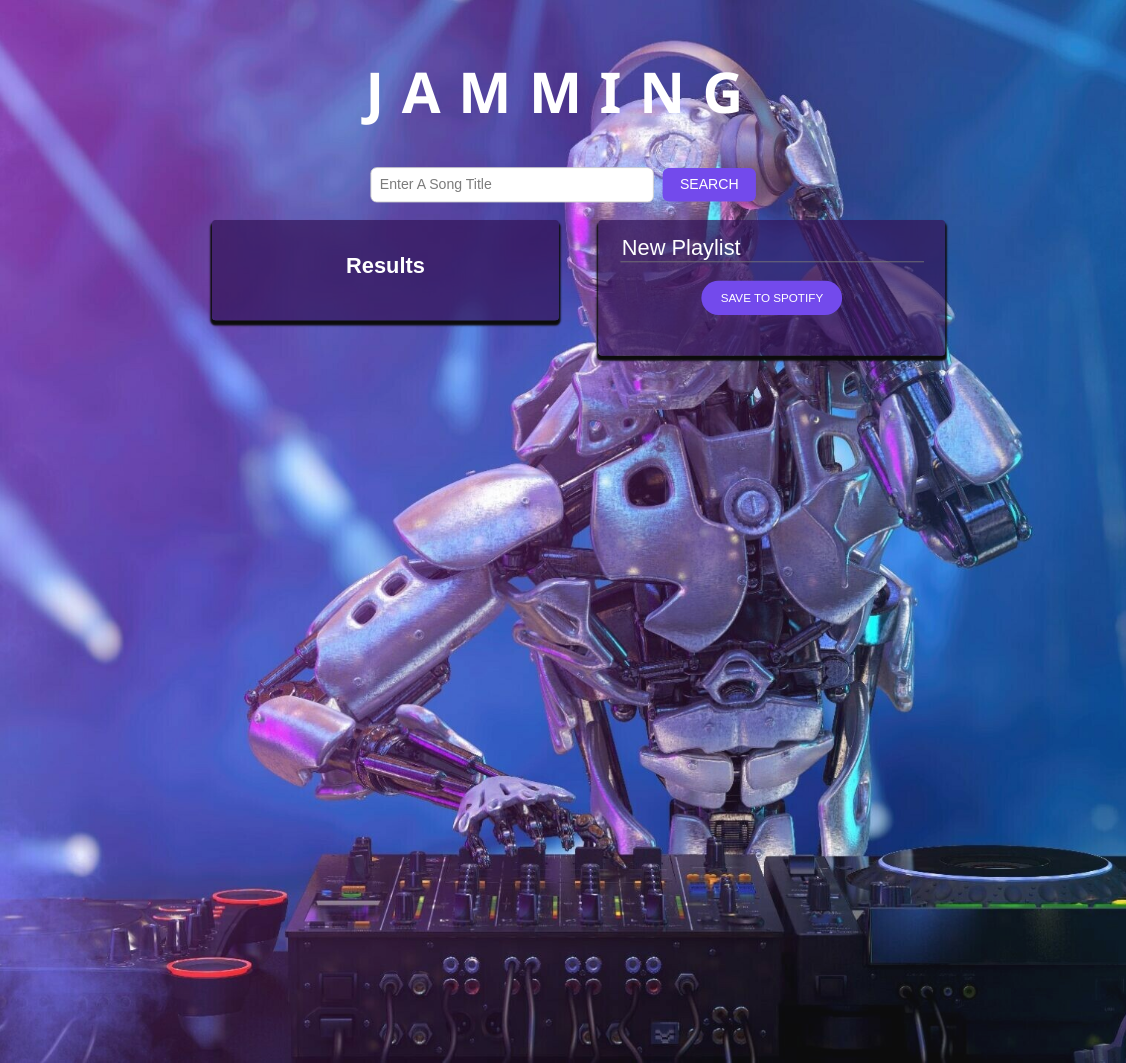
Repository: LolaSL/jamming
Page: /
These files come from the project's save history. The page is drawn as it stood at one moment and after the next save; the edit follows.
The browser window is 1280 px wide. The pictures show the whole page, at 88% of full size.
The project was rebuilt for these pictures with package versions that can differ from the ones it lists, and the page was loaded fresh each time. Also part of the build but not shown: src/components/Track/Track.css, src/components/Track/Track.jsx.

Above is the page before, as saved 2023-06-23 18:13:37.

### src/App/App.js
import React, { useState, useCallback } from "react";
import "./App.css";

import Playlist from "../components/PlayList/PlayList.jsx";
import SearchBar from "../components/SearchBar/SearchBar";
import SearchResults from "../components/SearchResults/SearchResults";
import Spotify from "../utils/Spotify";

const App = () => {
  const [searchResults, setSearchResults] = useState([]);
  const [playlistName, setPlaylistName] = useState("New Playlist");
  const [playlistTracks, setPlaylistTracks] = useState([]);

  const search = useCallback(async (term) => {
    const results = await Spotify.search(term);
    setSearchResults(results);
  }, []);

  const addTrack = useCallback((track) => {
    if (playlistTracks.some((savedTrack) => savedTrack.id === track.id)) {
      return;
    }
    setPlaylistTracks((prevTracks) => [...prevTracks, track]);
  }, [playlistTracks]);

  const removeTrack = useCallback((track) => {
    setPlaylistTracks((prevTracks) =>
      prevTracks.filter((currentTrack) => currentTrack.id !== track.id)
    );
  }, []);

  const updatePlaylistName = useCallback((name) => {
    setPlaylistName(name);
  }, []);

  const savePlaylist = useCallback(async () => {
    const trackUris = playlistTracks.map((track) => track.uri);
    await Spotify.savePlaylist(playlistName, trackUris);
    setPlaylistName("New Playlist");
    setPlaylistTracks([]);
  }, [playlistName, playlistTracks]);

  return (
    <div className="App-container" data-testid="app-test">
      <h1>
        Jamming
      </h1>
      <SearchBar onSearch={search} />
      <div className="App-playlist">
          <SearchResults searchResults={searchResults} onAdd={addTrack} />
          <Playlist
            playlistName={playlistName}
            playlistTracks={playlistTracks}
            onNameChange={updatePlaylistName}
            onRemove={removeTrack}
            onSave={savePlaylist}
        />
      </div>
      </div>
  );
};

export default App;
;

### src/App/App.css
body,
html,
#root {
  height: 100%;

}

/* CSS for App-container */
.App-container {
  display: flex;
  flex-direction: column;
  align-items: center;
  padding: 20px;
  background-color: #f0f0f0;
  background-image: url('./background.jpg');
  height: 150%;
  padding: 0 17% 10% 17%;
  opacity: 0.95;
  background-size: cover;
  overflow: hidden;
  background-position: center;
  background-repeat: no-repeat;
  font-family: 'Work Sans', sans-serif;
  font-weight: 500;
  color: #56649f;
  text-align: center;
}

/* CSS for h1 */
h1 {
  font-family:'Segoe UI', Tahoma, Geneva, Verdana, sans-serif;
  text-transform: uppercase;
  letter-spacing: 20px;
  color: #ffffff;
  font-size: 4rem;
  margin-top: 60px;
}

/* CSS for SearchBar */
.SearchBar {
  display: flex;
  justify-content: center;
  align-items: center;
  margin-bottom: 20px;
}

/* CSS for App-playlist */
.App-playlist {
  display: grid;
  grid-template-columns: 1fr 1fr;
  grid-gap:80px;
  align-items: justify;
  /* width:500px; */
  margin: 0 auto;
}

/* CSS for SearchResults and Playlist components */
.SearchResults,
.Playlist {
  background-color: #fff;
  padding: 20px;
  border-radius: 4px;
  box-shadow: 0 2px 4px rgba(0, 0, 0, 0.1);
}

### src/components/PlayList/PlayList.jsx
import React, { useCallback } from "react";
import PropTypes from "prop-types";
import "./PlayList.css";
import TrackList from "../TrackList/TrackList";

const Playlist = ({
  onNameChange,
  playlistTracks,
  onRemove,
  onSave
}) => {
  const handleNameChange = useCallback((event) => {
    onNameChange(event.target.value);
  }, [onNameChange]);

  return (
    <div className="Playlist">
      <input onChange={handleNameChange} defaultValue={"New Playlist"} />
      <TrackList
        tracks={playlistTracks}
        isRemoval={true}
        onRemove={onRemove}
      />
      <button className="Playlist-save" onClick={onSave}>
        SAVE TO SPOTIFY
      </button>
    </div>
  );
};

Playlist.propTypes = {
  onNameChange: PropTypes.func,
  playlistTracks: PropTypes.array,
  onRemove: PropTypes.func,
  onSave: PropTypes.func
};

export default Playlist;

### src/components/SearchBar/SearchBar.jsx
import React, { useState, useCallback } from "react";
import "./SearchBar.css";

const SearchBar = ({ onSearch }) => {
  const [term, setTerm] = useState("");

  const handleTermChange = useCallback((event) => {
    setTerm(event.target.value);
  }, []);

  const search = useCallback(() => {
    onSearch(term);
  }, [onSearch, term]);

  return (
    <form className="SearchBar">
      <input placeholder="Enter A Song Title" onChange={handleTermChange} />
      <button className="SearchButton" onClick={search}>
        SEARCH
      </button>
    </form>
  );
};

export default SearchBar;

### src/components/SearchResults/SearchResults.jsx
import React from "react";
import "./SearchResults.css";
import TrackList from "../TrackList/TrackList";

const SearchResults = ({ searchResults, onAdd }) => {
  return (
    <div className="SearchResults">
      <h2>Results</h2>
      <TrackList tracks={searchResults} onAdd={onAdd} />
    </div>
  );
};

export default SearchResults;

### src/utils/Spotify.js
const clientId = 'a18dfb23f21c4bf69aa0c5c6ac72acdc'; // Insert client ID here.
const redirectUri = 'http://localhost:3000/'; // Have to add this to your accepted Spotify redirect URIs on the Spotify API.

let accessToken;

const Spotify = {
  getAccessToken() {
    if (accessToken) {
      return accessToken;
    }

    const accessTokenMatch = window.location.href.match(/access_token=([^&]*)/);
    const expiresInMatch = window.location.href.match(/expires_in=([^&]*)/);
    if (accessTokenMatch && expiresInMatch) {
      accessToken = accessTokenMatch[1];
      const expiresIn = Number(expiresInMatch[1]);
      window.setTimeout(() => accessToken = '', expiresIn * 1000);
      window.history.pushState('Access Token', null, '/'); // This clears the parameters, allowing us to grab a new access token when it expires.
      return accessToken;
    } else {
      const accessUrl = `https://accounts.spotify.com/authorize?client_id=${clientId}&response_type=token&scope=playlist-modify-public&redirect_uri=${redirectUri}`;
      window.location = accessUrl;
    }
  },

  async search(term) {
    const accessToken = Spotify.getAccessToken();
    const response = await fetch(`https://api.spotify.com/v1/search?type=track&q=${term}`, {
      headers: {
        Authorization: `Bearer ${accessToken}`
      }
    });
    const jsonResponse = await response.json();
    if (!jsonResponse.tracks) {
      return [];
    }
    return jsonResponse.tracks.items.map(track => ({
      id: track.id,
      name: track.name,
      artist: track.artists[0].name,
      album: track.album.name,
      popularity: track.popularity,
      uri: track.uri
    }));
  },

  savePlaylist(name, trackUris) {
    if (!name || !trackUris.length) {
      return;
    }

    const accessToken = Spotify.getAccessToken();
    const headers = { Authorization: `Bearer ${accessToken}` };
    let userId;

    return fetch('https://api.spotify.com/v1/me', { headers: headers }
    ).then(response => response.json()
    ).then(jsonResponse => {
      userId = jsonResponse.id;
      return fetch(`https://api.spotify.com/v1/users/${userId}/playlists`, {
        headers: headers,
        method: 'POST',
        body: JSON.stringify({ name: name })
      }).then(response => response.json()
      ).then(jsonResponse => {
        const playlistId = jsonResponse.id;
        return fetch(`https://api.spotify.com/v1/users/${userId}/playlists/${playlistId}/tracks`, {
          headers: headers,
          method: 'POST',
          body: JSON.stringify({ uris: trackUris })
        });
      });
    });
  }
};

export default Spotify;

### src/components/PlayList/PlayList.css
.Playlist {
    display: flex;
    flex-direction: column;
    align-items: center;
    justify-items: center;
    overflow-y: scroll;
    width: 100%;
    max-height: 900px;
    padding: 1.1rem;
    background-color: rgba(40, 9, 80, 0.7);
    box-shadow: 0 4px 2px 2px #000000;

  }

  .Playlist input {
    width: 95%;
    border: 0;
    outline: 0;
    background: transparent;
    border-bottom: 1px solid #6f6f6f;
    font-family: 'Poppins', sans-serif;
    font-size: 1.55rem;
    color: #fff;
  }

  .Playlist-save {
    cursor: pointer;
    width: 10rem;
    padding: .77rem 0;
    border-radius: 54px;
    border-width: 0px;
    margin-top: 1.27rem;
    background-color: #6c41ec;
    text-align: center;
    font-size: .83rem;
    transition: background-color .25s;
    color: #fff;
    font-weight: 500;
  }

  .Playlist-save:hover {
    background-color: rgba(108, 65, 233, .7);
  }

  ::-webkit-scrollbar {
      width: 0px;
      background: transparent;
  }

  @media screen and (min-width: 400px) {
    .Playlist {
      width: 70%;
      height: auto;
      align-items: center;
    }
  }

  @media screen and (min-width: 800px) {
    .Playlist {
      width:75%;
      height: auto;
    }
  }
  @media only screen and (max-width: 1220px) {
    .Playlist {
      width: 90%;
      height: auto;
      align-items: center;
    }
  }
  @media only screen and (max-width: 1620px) {
    .Playlist {
      width: 100%;
      height: auto;
      align-items: center;
    }
  }

### src/components/TrackList/TrackList.jsx
import React from "react";
import PropTypes from "prop-types";
import "./TrackList.css";
import Track from "../Track/Track";

const TrackList = ({ tracks, onAdd, isRemoval, onRemove }) => {
  return (
    <div className="TrackList">
      {tracks.map((track, index) => (
        <Track
          key={index}
          track={track}
          onAdd={onAdd}
          isRemoval={isRemoval}
          onRemove={onRemove}
        />
      ))}
    </div>
  );
};

TrackList.propTypes = {
  tracks: PropTypes.array,
  onAdd: PropTypes.func,
  onRemove: PropTypes.func,
  isRemoval: PropTypes.bool,
};

export default TrackList;

### src/components/SearchBar/SearchBar.css
/* CSS for SearchBar form */
.SearchBar {
  display: flex;
  align-items: center;
}

/* CSS for input */
.SearchBar input {
  flex-grow: 1;
  padding: 10px;
  border: 1px solid #ccc;
  border-radius: 7px;
  font-size: 16px;
  margin-right: 10px;
  width:  300px;

}

/* CSS for button */
.SearchBar button {
  padding: 10px 20px;
  background-color: #6c41ec;
  color: #fff;
  border: none;
  border-radius: 4px;
  font-size: 16px;
  cursor: pointer;
  border-radius: 7px;
}

/* CSS for button hover effect */
.SearchBar button:hover {
  background-color: rgba(108, 65, 233, 0.7);
}



/* .SearchBar {
  display: flex;
  flex-direction: column;
  align-items: center;
  padding-top: 4rem;
  margin-bottom: 4rem;
}

.SearchBar input {
  width: 450px;
  height: 25px;
  padding:1rem 0;
  border: 2px solid #fff;
  border-radius: 15px;
  margin-bottom: 1rem;
  color: black;
  font-weight: 600;
  text-align: center;
  font-size: 1.5rem;
  opacity: 0.45;
  z-index: 1;
}

.SearchBar input:focus {
  outline: none;
}

.SearchButton {
  cursor: pointer;
  width: 8.11rem;
  padding: 0.77rem 0;
  border-radius: 54px;
  background-color: rgba(40, 9, 80, 0.7);
  text-align: center;
  font-size: 1rem;
  transition: background-color 0.25s;
  border: 0px;
  color: #fff;
  font-weight: 500;
}

.SearchButton:hover {
  background-color: rgba(108, 65, 233, 0.7);
} */

### src/components/SearchResults/SearchResults.css
.SearchResults {
  display: flex;
  flex-direction: column;
  align-items: left;
  overflow-y: scroll;
  width: 38%;
  max-height: 900px;
  padding: 1.1rem;
  background-color: rgba(40, 9, 80, 0.7);
  box-shadow: 0 4px 2px 2px #000000;
  gap: 10px;

  }
  h2{
    font-family: 'Poppins', sans-serif;
    color: #ffffff;
    text-align: left;
    font-size: 1.55rem;
  }
  ::-webkit-scrollbar {
      width: 0px;
      background: transparent;
  }

  /* @media only screen and (max-width: 1020px) {
    .SearchResults {
      width: 90%;
      margin-bottom:2.5rem;
    }
  } */

  @media screen and (min-width: 400px) {
    .SearchResults {
      width: 70%;
      margin-bottom:1.5rem;
      align-items: center;
    }
  }

  @media screen and (min-width: 800px) {
    .SearchResults {
      width:75%;
      margin-bottom:2rem;
      align-items: center;
    }
  }
  @media only screen and (max-width: 1220px) {
    .SearchResults {
      width: 90%;
      margin-bottom:2.5rem;
      align-items: center;
    }
  }
  @media only screen and (max-width: 1620px) {
    .SearchResults {
      width: 100%;
      margin-bottom:2.5rem;
      align-items: center;
    }
  }

### src/components/TrackList/TrackList.css
.TrackList {
    width: 100%;
    overflow-y: scroll;
  }

  @media screen and (max-width: 400px) {
    .TrackList {
      width: 70%;
      height: auto;
      align-items: center;
    }
  }

  @media screen and (max-width: 800px) {
    .TrackList {
      width:75%;
      height: auto;
      align-items: center;
    }
  }
  @media only screen and (max-width: 1220px) {
    .TrackList {
      width: 90%;
      height: auto;
      align-items: center;
    }
  }
  @media only screen and (max-width: 1620px) {
    .TrackList {
      width: 100%;
      height: auto;
      align-items: center;
    }
  }

Loaded but not shown: public/index.html (common file); src/index.js (common file); src/index.css (common file); src/reportWebVitals.js (common file)

After the next save:
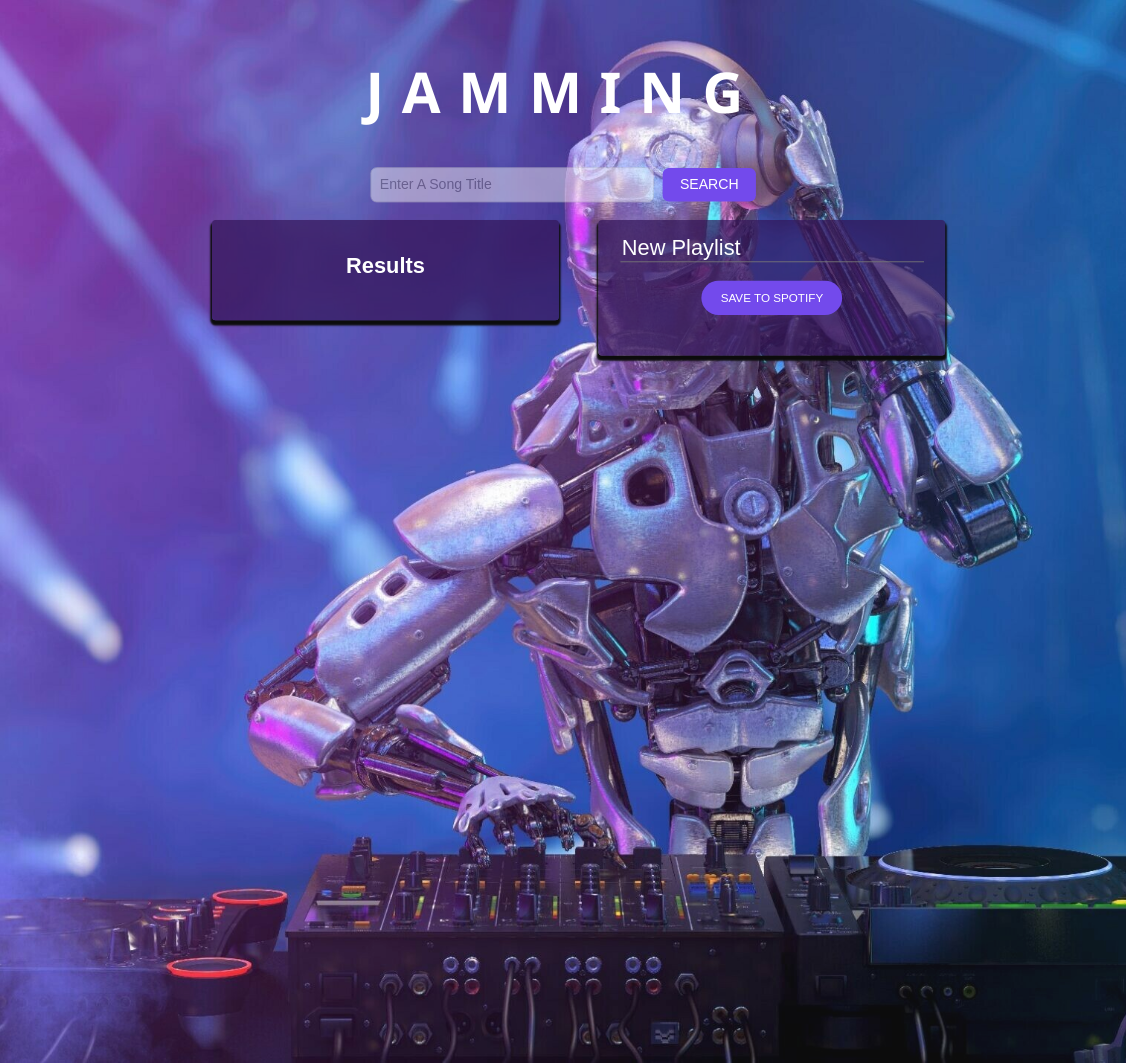
Saved 36 s later.
--- a/src/components/SearchBar/SearchBar.css
+++ b/src/components/SearchBar/SearchBar.css
@@ -13,6 +13,8 @@
   font-size: 16px;
   margin-right: 10px;
   width:  300px;
+  opacity: 0.45;
+  z-index: 1;
 
 }
 
